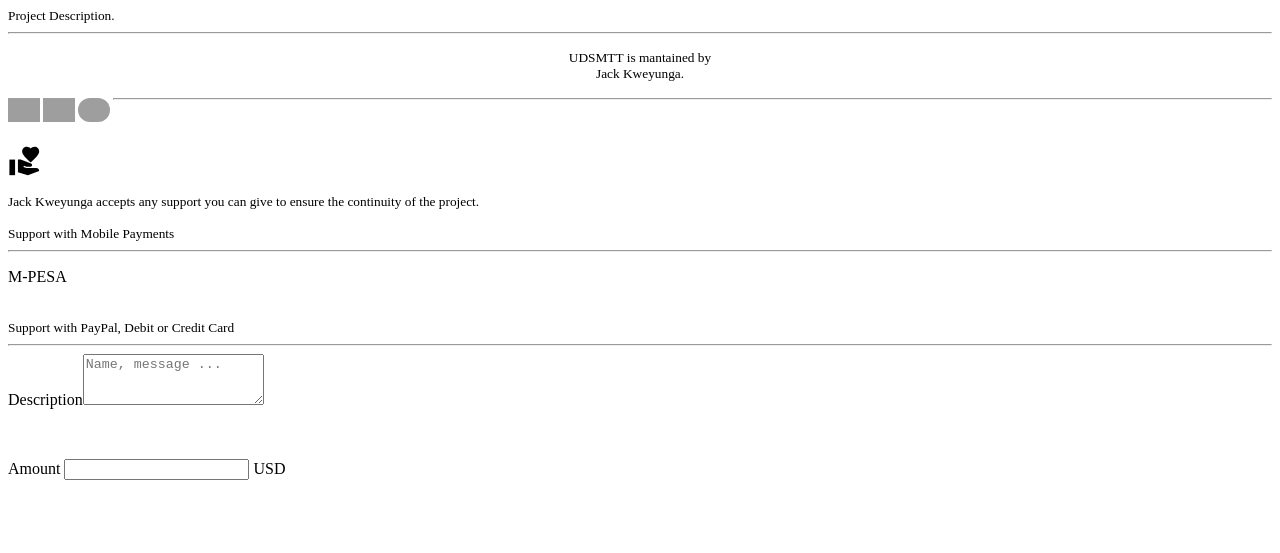
Repository: jackkweyunga/jek-mobile-timetable-v2
Page: src/modules/html/tmb-leftSN.html
These files come from the project's save history. The page is drawn as it stood at one moment and after a run of saves; the edit follows.
The browser window is 1280 px wide. The pictures show the whole page.
Pictures or frames that could not be fetched are drawn as grey boxes.

Above is the page before, as saved 2021-11-23 04:42:29.

After the next 4 saves:
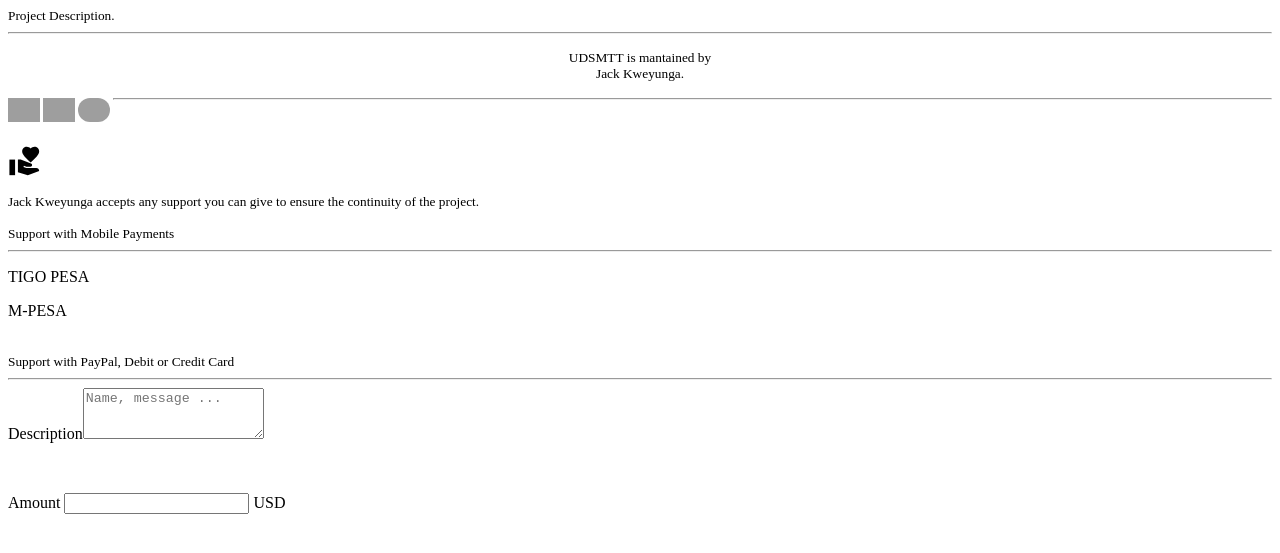
The 4 saves are shown as one change because they came seconds apart.
The last was saved 12 s later.
--- a/src/modules/html/tmb-leftSN.html
+++ b/src/modules/html/tmb-leftSN.html
@@ -54,7 +54,7 @@
 
 <small class="myFont">Support with Mobile Payments</small>
 <hr>
-<p></p>
+<p>TIGO PESA</p>
 <p><span>M-PESA</span></p>
 
 <br>
